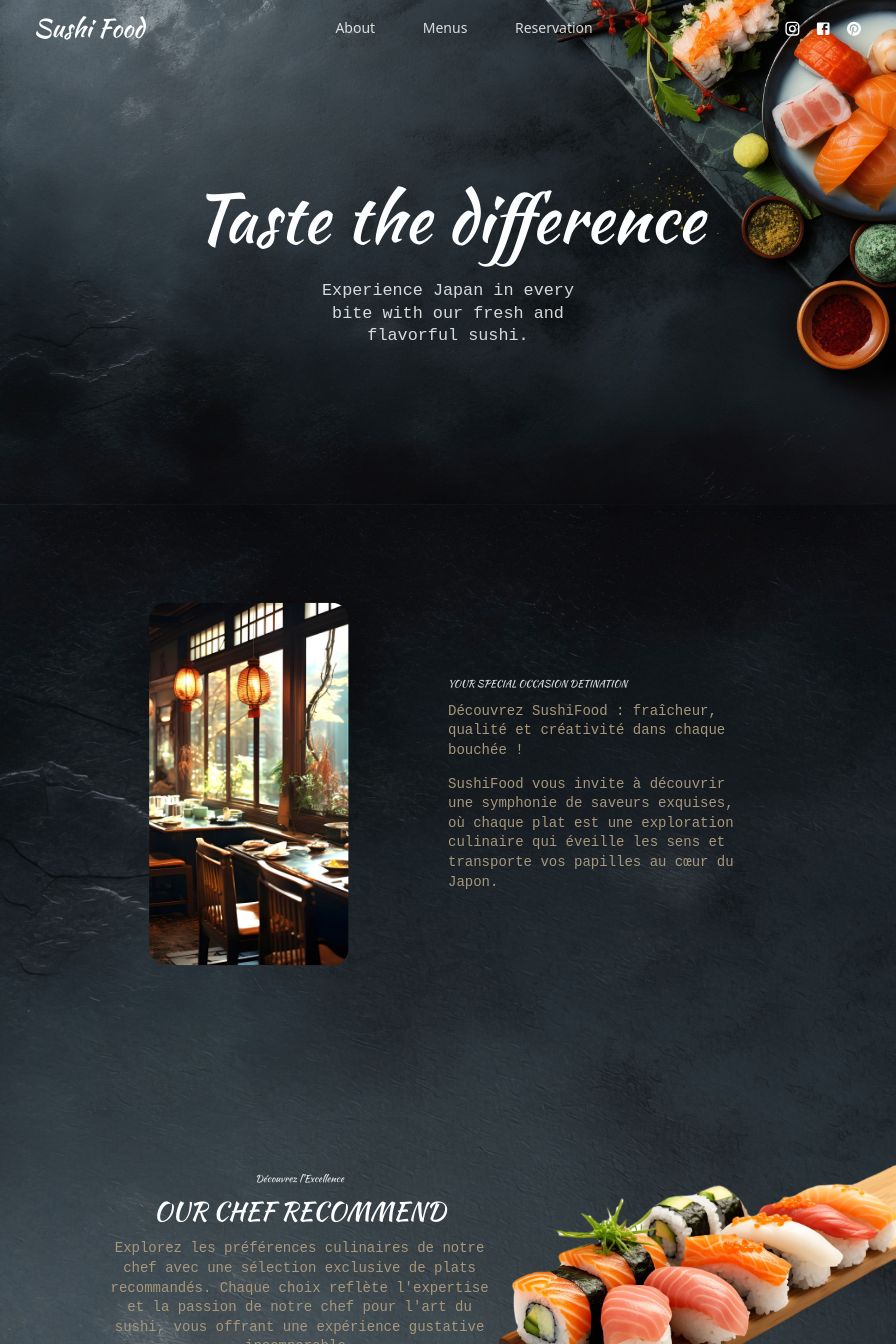
Repository: Adrien-legeleu/sushi-food
Page: /
These files come from the project's save history. The page is drawn as it stood at one moment and after the next save; the edit follows.
The browser window is 1280 px wide. The pictures show the part of the page from y = 0 to 1920 px (the page is 3217 px tall), at 70% of full size.
Backgrounds fixed to the window are drawn as part of the page. Some web fonts or font styles are not loaded; a fallback is used. The project was rebuilt for these pictures with package versions that can differ from the ones it lists, and the page was loaded fresh each time. Also part of the build but not shown: vite.config.ts.

Above is the page before, as saved 2024-04-30 12:50:49.

### src/App.tsx
import { About, Contact, Header, Landing, Menu } from "./Components"
import { Footer } from "./Components/Footer"

const App =()=> {
  return (
    <div className="bg-greenBlack h-full w-full gap-20">
      <Header/>
      <Landing/>
      <div className="h-full w-full bg-[url('././assets/fond.jpeg')]  bg-cover bg-center relative">
          <About/>
           <Menu/>
      </div>
      <Contact/>
      <Footer/>
    </div>
  )
}

export default App

### src/index.css
@import url('https://fonts.googleapis.com/css2?family=Kaushan+Script&family=Nanum+Gothic+Coding&display=swap');

@tailwind base;
@tailwind components;
@tailwind utilities;

*{
    margin: 0;
    padding: 0;
    box-sizing: border-box;
}

### src/Components/index.ts
export * from "./Landing";
export * from "./Header";
export * from "./About";
export * from "./Menu";
export * from "./Contact";

### src/Components/Footer.tsx
export const Footer =()=>{
    return(
        <div className="h-full w-full grid grid-cols-3  itmes-center justify-center p-10 pb-20 pt-20">
            <h2 className="font-title text-whiteTitle text-5xl">
                Sushi Food
            </h2>
            <ul className="text-center">
                <li className="font-text text-whiteText">mentions légales</li>
                <li className="font-text text-whiteText" >politique de confidentialité</li>
                <li><a className="font-text text-whiteText" href="https://mino-design.netlify.app" target="_">Mino , votre site web Gratuit</a></li>
                <li className="font-text text-whiteText">© 2024 Mino</li>
            </ul>
            <div className="text-center flex flex-col gap-5">
                <p className="font-title text-whiteText">site design by <a className="font-text" href="https://mino-design.netlify.app" target="_">Mino</a></p>
                <a href="https://mino-design.netlify.app" target="_">
                    <button className=" m-auto font-text text-whiteText p-2 pl-4 pr-4 bg-redBG rounded-full">
                    votre site gratuit
                </button>
                </a>
            </div>
        </div>
    )
}

### src/Components/Landing.tsx
export const Landing =()=>{
    return(
        <div className="h-screen w-full bg-[url('././assets/mainfond.jpg')] bg-cover bg-center-top flex items-center justify-center flex-col gap-10 pt-10">
            <h1 className="font-title text-whiteTitle text-8xl">Taste the difference</h1>
            <p className="text-whiteText font-text text-2xl text-center w-1/3">Experience Japan in every bite with our fresh and flavorful sushi.</p>
        </div>
    )
}

### src/Components/Header.tsx
import InstagramIcon from '@mui/icons-material/Instagram';
import FacebookIcon from '@mui/icons-material/Facebook';
import PinterestIcon from '@mui/icons-material/Pinterest';
export const Header =()=>{
    return (
        <div className='fixed h-20 w-full max-w-[1400px] top-0 left-1/2 -translate-x-1/2 flex justify-between items-center pl-12 pr-12'>
            <h2 className='font-title text-4xl text-whiteTitle'>Sushi Food</h2>
            <ul className='flex items-center gap-5 justify-between text-whiteText text-xl'>
                <li className='cursor-pointer  duration-200 hover:bg-red rounded-full p-6 pt-2 pb-2'>About</li>
                <li className='cursor-pointer  duration-200 hover:bg-red rounded-full p-6 pt-2 pb-2'>Menus</li>
                <li className='cursor-pointer  duration-200 hover:bg-red rounded-full p-6 pt-2 pb-2'>Reservation</li>
            </ul>
            <ul className='flex items-center justify-between gap-5  text-whiteTitle'>
                <li className='cursor-pointer  duration-300 hover:scale-125'>
                    <InstagramIcon/>


                </li>
                <li className='cursor-pointer  duration-300 hover:scale-125'> <FacebookIcon/></li>
                <li className='cursor-pointer  duration-300 hover:scale-125'><PinterestIcon/></li>
            </ul>
        </div>
    )
}

### src/Components/About.tsx
export const About =()=>{
    return(
        <div className="h-screen w-full  relative flex items-center justify-center ">
            {/* <div className="absolute w-3/4 h-3/4  -top-1/2 left-0">
                <img className="w-full h-full object-contain" src="" alt="cerisier" />
            </div> */}
            <div className="flex items-center mt-20 w-2/3 h-[90%] ">
                <div className="flex-1 h-[80%]">
                    <img className="w-2/3 h-full rounded-3xl object-cover" src="./picture.jpeg" alt="" />
                </div>
                <div className="flex-1 flex gap-4 flex-col">
                    <h6 className="text-whiteText text-sm font-title">YOUR SPECIAL OCCASION DETINATION</h6>
                    <h2 className="text-green text-xl font-text">Découvrez SushiFood : fraîcheur, qualité et créativité dans chaque bouchée !</h2>
                    <p className="text-green text-xl font-text mt-1">SushiFood vous invite à découvrir une symphonie de saveurs exquises, où chaque plat est une exploration culinaire qui éveille les sens et transporte vos papilles au cœur du Japon.</p>
                </div>
            </div>
        </div>
    )
}

### src/Components/Menu.tsx
export const Menu = ()=>{
    return(
        <div className="h-screen w-full pl-36">
            <div className="flex items-center mt-20 w-full h-[90%] ">
                <div className="flex-1 flex gap-4 flex-col text-center relative ">
                    <h6 className="text-whiteText text-sm font-title">Découvrez l'Excellence</h6>
                    <h2 className="text-whiteTitle text-4xl font-title">OUR CHEF RECOMMEND</h2>
                    <p className="text-green text-xl font-text mt-1">Explorez les préférences culinaires de notre chef avec une sélection exclusive de plats recommandés. Chaque choix reflète l'expertise et la passion de notre chef pour l'art du sushi, vous offrant une expérience gustative incomparable.</p>
                    <button className=" mt-5 p-2 pl-4 pr-4 hover:brightness-90 duration-300  bg-redBG rounded-full m-auto text-whiteText">OUR MENU</button>
                </div>
                <div className="flex-1 h-[80%]">
                    <img className="w-full h-full  rounded-3xl object-contain" src="./psd.png" alt="" />
                </div>
            </div>
        </div>
    )
}

### src/Components/Contact.tsx
import { styled, TextField } from "@mui/material"

export const Contact =()=>{
    return(
        <div  className="h-screen w-full bg-[url('././assets/contact-fond.jpg')] bg-cover bg-bottom bg-fixed flex flex-col items-center justify-center">
            <h2 className="font-title text-6xl text-green pl-[50%] pr-[10%] mb-10 ">Contactez-nous</h2>
            <form className="flex flex-col w-full pl-[50%] pr-[10%] gap-5">
                <StyledTextField  id="name" label="name" variant="standard" />
                <StyledTextField id="email" label="email" variant="standard" />
                <StyledTextField id="tel" label="tel" variant="standard" />
                <StyledTextField id="message" label="message" variant="standard" />
            </form>
        </div>
    )
}

const StyledTextField = styled(TextField)({
    "& .MuiInputBase-input": {
        color: "white", // Couleur du texte blanc
        fontSize: "18px", // Taille de police augmentée
    },
    "& .MuiInput-underline:after": {
        borderBottomColor: "#a1a1a1",
    },
     "& .MuiInput-underline:before": {
        borderBottomWidth: "2px",
        padding: "10px",
        borderBottomColor: "#a9a9a9",
        borderRadius: "2px", // Border radius ajouté
    },
    "& .MuiFormLabel-root": {
        color: "white", // Couleur du placeholder blanc
    },
    "& .MuiFormLabel-root.Mui-focused": {
        color: "#a1a1a1",
    },
});

### tailwind.config.js
/** @type {import('tailwindcss').Config} */
export default {
  content: ["./index.html", "./src/**/*.{js,ts,jsx,tsx}"],
  theme: {
    extend: {
      backgroundColor: {
        greenBlack: "#0B1517",
        redBG: "#DD2B2D",
      },
      colors: {
        green: "#A6977C",
        red: "#DD2B2D",
        whiteTitle: "#FCFEFF",
        whiteText: "#FCFEFFD5",
      },
    },
    fontFamily: {
      title: ["Kaushan Script", "cursive"],
      text: ["Nanum Gothic Coding", "monospace"],
    },
  },
  plugins: [],
};

Loaded but not shown: index.html (common file); src/main.tsx (common file)

After the next save:
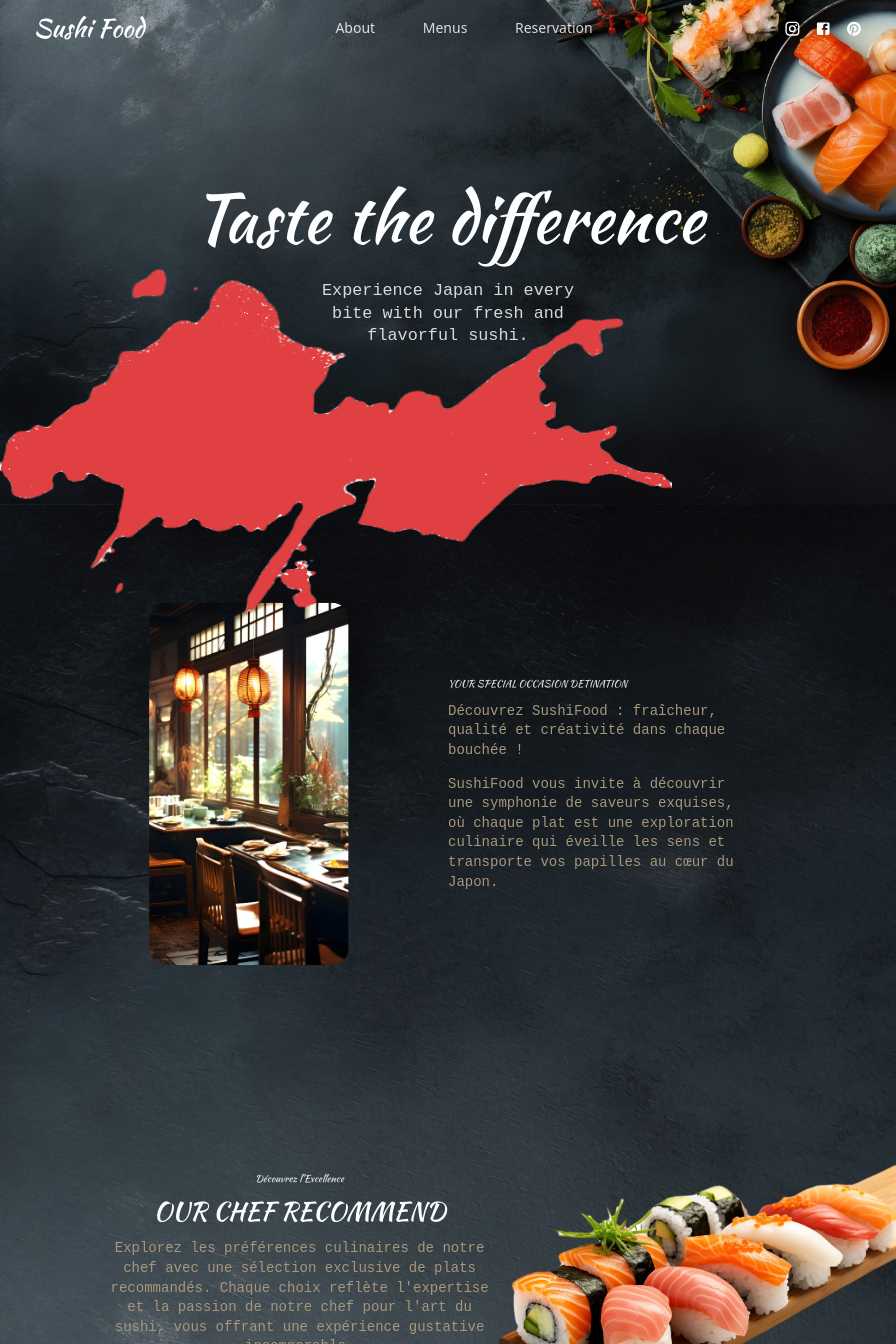
Saved 111 min 52 s later.
--- a/src/Components/About.tsx
+++ b/src/Components/About.tsx
@@ -1,9 +1,9 @@
 export const About =()=>{
     return(
         <div className="h-screen w-full  relative flex items-center justify-center ">
-            {/* <div className="absolute w-3/4 h-3/4  -top-1/2 left-0">
-                <img className="w-full h-full object-contain" src="" alt="cerisier" />
-            </div> */}
+            <div className="absolute w-3/4 h-3/4  -top-1/2 left-0">
+                <img className="w-full h-full object-contain" src="./tache.png" alt="cerisier" />
+            </div>
             <div className="flex items-center mt-20 w-2/3 h-[90%] ">
                 <div className="flex-1 h-[80%]">
                     <img className="w-2/3 h-full rounded-3xl object-cover" src="./picture.jpeg" alt="" />
